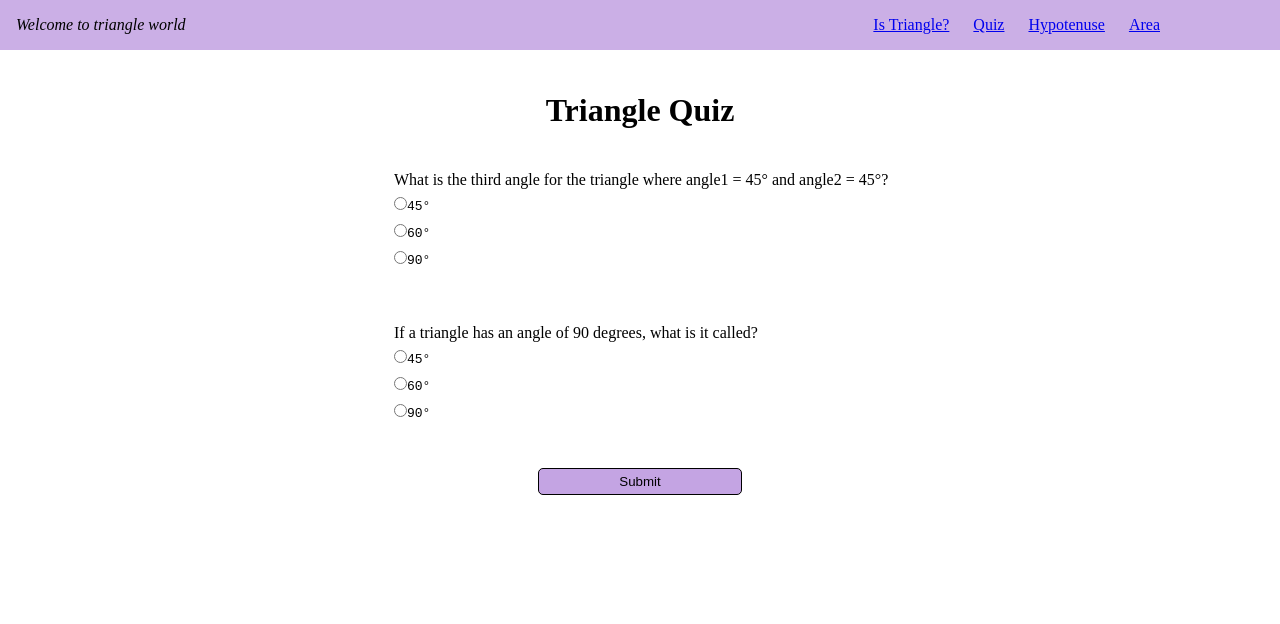
Repository: patelamancode/Fun-with-trianles
Page: quiz.html
An editor plug-in stored every save of this project. The page is shown before and after the next save, followed by the edit.
The browser window is 1280 px wide. The pictures show the whole page.

Above is the page before, as saved 2022-11-28 19:20:57.
Console error: TypeError: Cannot read properties of null (reading 'addEventListener')

After the next save:
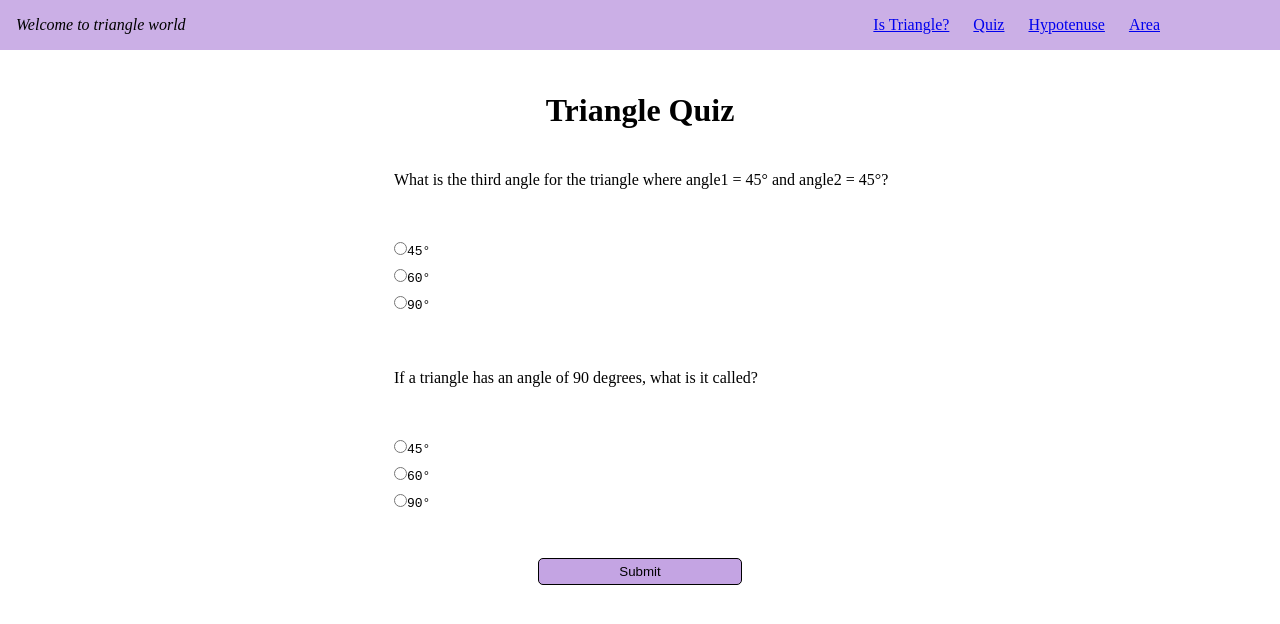
Saved 8 s later.
--- a/index.css
+++ b/index.css
@@ -73,7 +73,7 @@ input {
 .question-container p{
   text-align: left;
   margin-top: 2rem;
-  padding-bottom: 3px;
+  padding-bottom: 3rem;
 }
 .question-container .quiz-option{
   margin-top: 5px;
